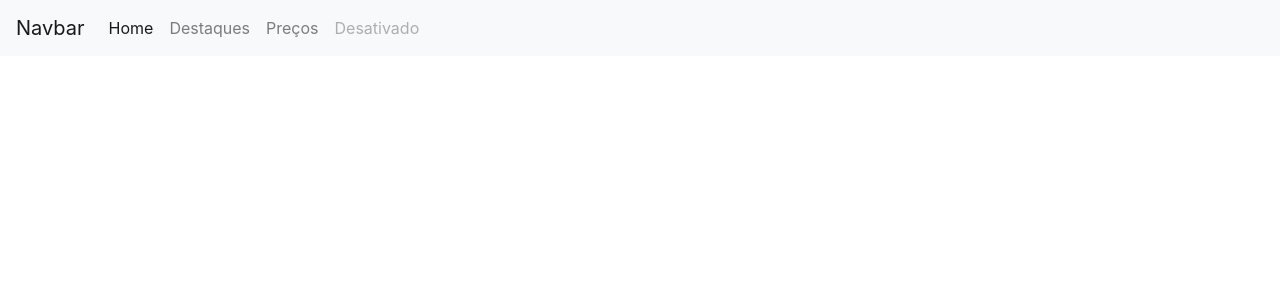
Repository: stefanosousaa/crud-php
Page: http://localhost/?page=novo
These files come from the project's save history. The page is drawn as it stood at one moment and after the next save; the edit follows.
The browser window is 1280 px wide. The pictures show the whole page.
The page is run by PHP 8.4 with error messages shown; the project is at /var/www/html/.

Above is the page before, as saved 2023-05-24 18:54:12.

### index.php
<!DOCTYPE html>
<html lang="pt-br">
  <head>
    <!-- Meta tags Obrigatórias -->
    <meta charset="utf-8">
    <meta name="viewport" content="width=device-width, initial-scale=1, shrink-to-fit=no">

    <!-- Bootstrap CSS -->
    <link rel="stylesheet" href="https://stackpath.bootstrapcdn.com/bootstrap/4.1.3/css/bootstrap.min.css" integrity="sha384-MCw98/SFnGE8fJT3GXwEOngsV7Zt27NXFoaoApmYm81iuXoPkFOJwJ8ERdknLPMO" crossorigin="anonymous">

    <title>Olá, mundo!</title>
  </head>
  <body>
  <nav class="navbar navbar-expand-lg navbar-light bg-light">
  <a class="navbar-brand" href="#">Navbar</a>
  <button class="navbar-toggler" type="button" data-toggle="collapse" data-target="#navbarNav" aria-controls="navbarNav" aria-expanded="false" aria-label="Alterna navegação">
    <span class="navbar-toggler-icon"></span>
  </button>
  <div class="collapse navbar-collapse" id="navbarNav">
    <ul class="navbar-nav">
      <li class="nav-item active">
        <a class="nav-link" href="#">Home <span class="sr-only">(Página atual)</span></a>
      </li>
      <li class="nav-item">
        <a class="nav-link" href="#">Destaques</a>
      </li>
      <li class="nav-item">
        <a class="nav-link" href="#">Preços</a>
      </li>
      <li class="nav-item">
        <a class="nav-link disabled" href="#">Desativado</a>
      </li>
    </ul>
  </div>
</nav>









    <!-- JavaScript (Opcional) -->
    <!-- jQuery primeiro, depois Popper.js, depois Bootstrap JS -->
    <script src="https://code.jquery.com/jquery-3.3.1.slim.min.js" integrity="sha384-q8i/X+965DzO0rT7abK41JStQIAqVgRVzpbzo5smXKp4YfRvH+8abtTE1Pi6jizo" crossorigin="anonymous"></script>
    <script src="https://cdnjs.cloudflare.com/ajax/libs/popper.js/1.14.3/umd/popper.min.js" integrity="sha384-ZMP7rVo3mIykV+2+9J3UJ46jBk0WLaUAdn689aCwoqbBJiSnjAK/l8WvCWPIPm49" crossorigin="anonymous"></script>
    <script src="https://stackpath.bootstrapcdn.com/bootstrap/4.1.3/js/bootstrap.min.js" integrity="sha384-ChfqqxuZUCnJSK3+MXmPNIyE6ZbWh2IMqE241rYiqJxyMiZ6OW/JmZQ5stwEULTy" crossorigin="anonymous"></script>
  </body>
</html>

After the next save:
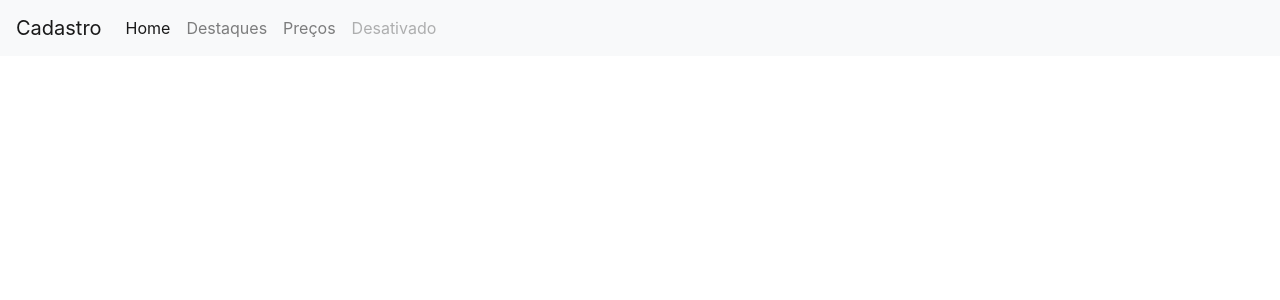
Saved 51 s later.
--- a/index.php
+++ b/index.php
@@ -12,7 +12,7 @@
   </head>
   <body>
   <nav class="navbar navbar-expand-lg navbar-light bg-light">
-  <a class="navbar-brand" href="#">Navbar</a>
+  <a class="navbar-brand" href="#">Cadastro</a>
   <button class="navbar-toggler" type="button" data-toggle="collapse" data-target="#navbarNav" aria-controls="navbarNav" aria-expanded="false" aria-label="Alterna navegação">
     <span class="navbar-toggler-icon"></span>
   </button>
